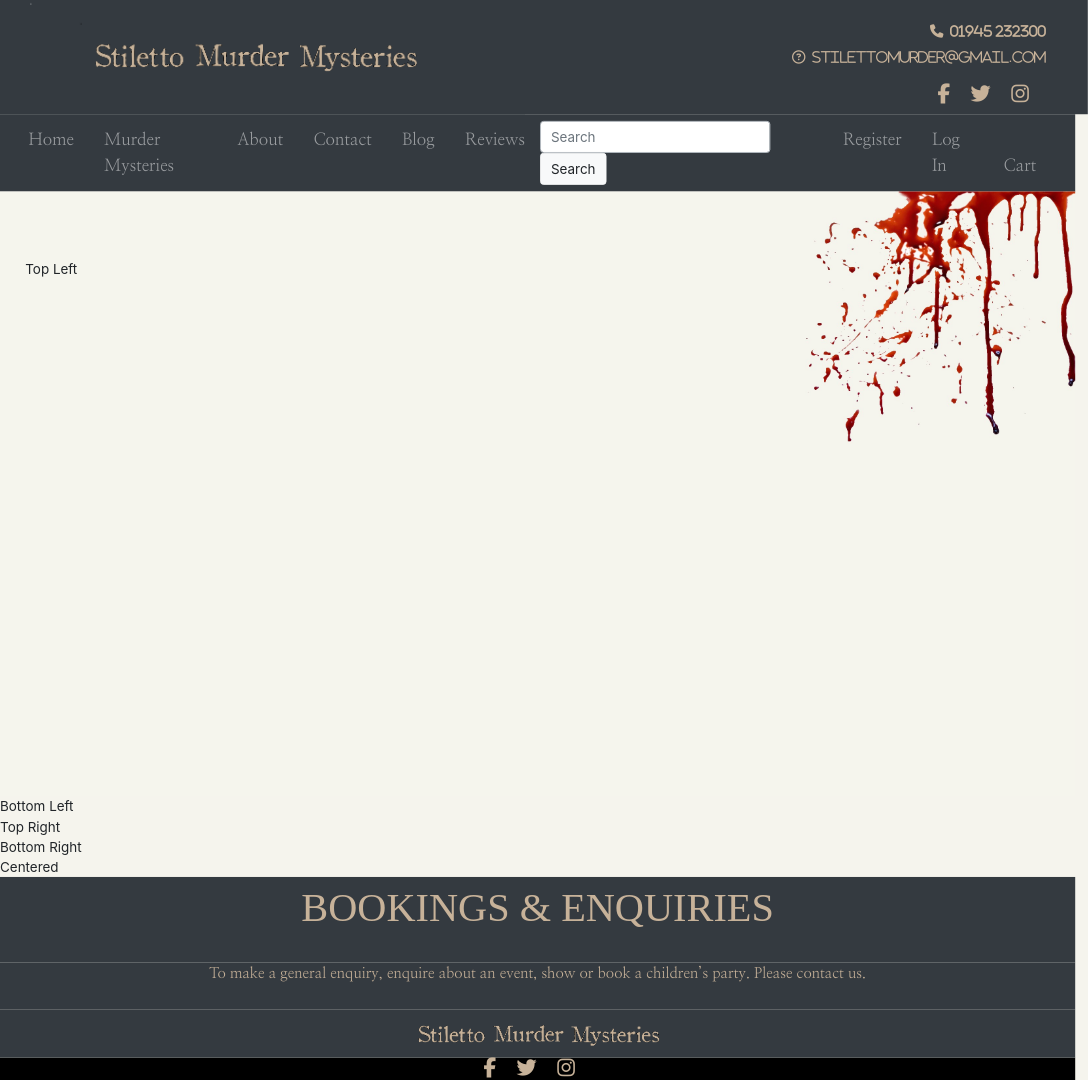
Repository: TaylorD1982/murder-milestone
Page: templates/base.html
The author's editor kept a record of every edit. The page is drawn from the files as they stood at one moment, then again after the next edit.
The browser window is 1280 px wide. The page is 1295 px wide, so the pictures cover 1295 px, including what lies to the right of the window. The pictures show the whole page, at 84% of full size.
Some icons come from a web library that is not loaded, so they are not drawn. Some web fonts or font styles are not loaded; a fallback is used. Some web libraries are served in a nearby version. The template is drawn by Django 2.2. The application's start-up code is not run. Other server files are loaded and not shown. The template is opened directly, without the code that normally fills it, so the values that code supplies are empty.

Above is the page before.
Console error: ReferenceError: emailjs is not defined

### templates/base.html
{% load staticfiles %}
<!DOCTYPE html>
<html lang="en">

<head>
    <meta charset="UTF-8">
    <meta name="viewport" content="width=device-width, initial-scale=1.0">
    <meta http-equiv="X-UA-Compatible" content="ie=edge">
    <title>Murder Mystery</title>
    <link rel="stylesheet" href="{% static 'font-awesome/css/font-awesome.min.css' %}">
    <link rel="stylesheet" href="{% static 'css/custom.css' %}">
    <script src="https://cdnjs.cloudflare.com/ajax/libs/jquery/3.2.1/jquery.min.js"></script>
    <script src="https://cdnjs.cloudflare.com/ajax/libs/twitter-bootstrap/3.3.7/js/bootstrap.min.js"></script>
    <link rel="stylesheet" href="https://maxcdn.bootstrapcdn.com/bootstrap/4.0.0/css/bootstrap.min.css" integrity="sha384-Gn5384xqQ1aoWXA+058RXPxPg6fy4IWvTNh0E263XmFcJlSAwiGgFAW/dAiS6JXm" crossorigin="anonymous">
    <script src="https://code.jquery.com/jquery-3.2.1.slim.min.js" integrity="sha384-KJ3o2DKtIkvYIK3UENzmM7KCkRr/rE9/Qpg6aAZGJwFDMVNA/GpGFF93hXpG5KkN" crossorigin="anonymous"></script>
    <script src="https://cdnjs.cloudflare.com/ajax/libs/popper.js/1.12.9/umd/popper.min.js" integrity="sha384-ApNbgh9B+Y1QKtv3Rn7W3mgPxhU9K/ScQsAP7hUibX39j7fakFPskvXusvfa0b4Q" crossorigin="anonymous"></script>
    <script src="https://maxcdn.bootstrapcdn.com/bootstrap/4.0.0/js/bootstrap.min.js" integrity="sha384-JZR6Spejh4U02d8jOt6vLEHfe/JQGiRRSQQxSfFWpi1MquVdAyjUar5+76PVCmYl" crossorigin="anonymous"></script>

    <script type="text/javascript" src="https://cdn.jsdelivr.net/npm/emailjs-com@2.3.2/dist/email.min.js"></script>
    <script type="text/javascript">
        (function(){
            emailjs.init("user_UbfQMZPiQGURDwMtv5SCI");
        })();
    </script>


    <link href="https://fonts.googleapis.com/css2?family=Italianno&display=swap" rel="stylesheet">
    <script src="https://kit.fontawesome.com/5336900852.js" crossorigin="anonymous"></script>
    <link href="https://fonts.googleapis.com/css?family=Nanum+Myeongjo&display=swap" rel="stylesheet"> {% block head_js %} {% endblock head_js %}
</head>

<body class="body">
    <div class="row banner">
        <div class="col-6">
            <div>
                <img width="100%" src="{% static 'images/banner-desktop-new.png' %}" alt="Stiletto Murder Mysteries">
            </div>
        </div>
        <div class="col-6 box">
            <div class="content-1">
                <div>
                    <i class="fas fa-phone contact-navbar">&nbsp;&nbsp;01945 232300</i>
                </div>
                <div>
                    <i class="far fa-question-circle contact-navbar">&nbsp;&nbsp;stilettomurder@gmail.com</i>
                </div>
            </div>
            <div class="content">
                <a href="https://facebook.com" target="_blank" class="fa fa-facebook"></a>
                <a href="https://twitter.com" target="_blank" class="fa fa-twitter fa-large"></a>
                <a href="https://instagram.com" target="_blank" class="fa fa-instagram fa-large"></a>
            </div>
        </div>
    </div>

    <!-- Fixed masthead -->

    <nav class="navbar navbar-expand-lg navbar-dark bg-dark">
        <button class="navbar-toggler mx-auto" type="button" data-toggle="collapse" data-target="#navbarNavAltMarkup" aria-controls="navbarNavAltMarkup" aria-expanded="false" aria-label="Toggle navigation">
    <span class="navbar-toggler-icon"></span>
  </button>
        <div class="collapse navbar-collapse" id="navbarNavAltMarkup">
            <ul class="navbar-nav mr-auto">
                <li class="nav-item">
                    <a class="nav-link" href="/">Home</a>
                </li>
                <li class="nav-item">
                    <a class="nav-link" href="{% url 'products' %}">Murder Mysteries</a>
                </li>
                <li class="nav-item">
                    <a class="nav-link" href="{% url 'about' %}">About</a>
                </li>
                <li class="nav-item">
                    <a class="nav-link" href="{% url 'contact' %}">Contact</a>
                </li>
                <li class="nav-item">
                    <a class="nav-link" href="{% url 'get_posts' %}">Blog</a>
                </li>
                <li class="nav-item">
                    <a class="nav-link" href="{% url 'get_reviews' %}">Reviews</a>
                </li>
            </ul>
            <form class="form-inline my-2 my-lg-0" action="{% url 'search' %}" method="get">
              <input class="form-control mr-sm-2" placeholder="Search" aria-label="Search" type="text" name="q">
              <button class="btn btn-light my-2 my-sm-0" type="submit">Search</button>
            </form>
            <ul class="navbar-nav ml-auto">
                {% if user.is_authenticated %}
                <li class="nav-item">
                    <a class="nav-link" href="{% url 'profile' %}">Profile</a>
                </li>
                <li class="nav-item">
                    <a class="nav-link" href="{% url 'logout' %}">Log Out</a>
                </li>
                {% else %}
                <li class="nav-item">
                    <a class="nav-link" href="{% url 'registration' %}">Register</a>
                </li>
                <li class="nav-item">
                    <a class="nav-link" href="{% url 'login' %}">Log In</a>
                </li>
                {% endif %}
                <li class="nav-item">
                    <a class="nav-link" href="{% url 'view_cart' %}">
                        <i class="fa fa-shipping-cart"></i>Cart
                            {% if product_count > 0 %}
                            <label class="badge badge-warning">{{ product_count }}</label>
                            {% endif %}
                    </a>
                </li>
            </ul>
        </div>
    </nav>

    <div = class="home">
        {% block content %}

        <img width="100%" src="{% static 'images/haunted-house-desktop.jpeg' %}" alt="Football League">

          <div class="bottom-left">Bottom Left</div>
          <div class="top-left">Top Left</div>
  <div class="top-right">Top Right</div>
  <div class="bottom-right">Bottom Right</div>
  <div class="centered">Centered</div>

        {% endblock %}
        {% if messages %}
                <div class="messages">
                    {% for message in messages %} {{ message }} {% endfor %}
                </div>
        {% endif %}


    </div>
    <footer>
        <div>
            <div class="footer-booking-header">BOOKINGS & ENQUIRIES</div>
            <div class="footer-booking-content">To make a general enquiry, enquire about an event, show or book a children’s party. Please contact us.</div>
        </div>
        <div>
            <img width="100%" src="{% static 'images/footer-desktop.png' %}" alt="Stiletto Murder Mysteries">
        </div>
        <div class="social-media">
            <container>
            <a href="https://facebook.com" target="_blank" class="fa fa-facebook"></a>
            <a href="https://twitter.com" target="_blank" class="fa fa-twitter fa-large"></a>
            <a href="https://instagram.com" target="_blank" class="fa fa-instagram fa-large"></a>
            </container>
        </div>
    </footer>
</body>

</html>

### static/css/custom.css
.body {
    background-color: #f5f4ed;
}

.accountform {
    padding-top: 20px;
}

.badge {
    padding-left: 9px;
    padding-right: 9px;
    -webkit-border-radius: 9px;
    -moz-border-radius: 9px;
    border-radius: 9px;
}

.label-warning[href],
.badge-warning[href] {
    background-color: #c67605;
}

caption p {
    word-wrap: break-word;
}

.row.row-flex {
    display: flex;
    flex-wrap: wrap;
    margin-top: 30px;
}

.panel-default {
    border-color: transparent;
    padding: 0 10px;
}

.panel-body {
    height: 100%;
    border: 1px solid #ddd;
}

.product-description {
    min-height: 40px;
}

/*-------------------------Navigation Bar--------*/

.navbar-nav {
  font-family: 'Nanum Myeongjo', serif;
  font-size: 1.25em;
 }

.nav-item {
  padding-left: 10px;
  padding-right: 10px;
 }

.bet_time {
    position:absolute;
    bottom:0;
    right:0;
    padding-right: 50px;
    padding-bottom: 50px;
}

.social-media {
    text-align: center;
    background-color: black;
    font-size: 1em;
}

.fa {
    color: #C7B299;
    font-size: 1.5em;
    padding-right: 20px;
    transition: transform .2s;
    margin: 0 auto;
}

.product-name {
    font-family: 'Italianno', cursive;
    font-size: 4em;
}

.product-description {
    font-family: 'Nanum Myeongjo', serif;
    font-size: 1.25em;
}

.box {
    position: relative;
}

.content {
    position: absolute;
    bottom: 10px;
    right: 50px;
}

.content-1 {
    position: absolute;
    bottom: 50px;
    right: 50px;
}

.banner {
    background-color: #343A40;
}

.form-group {
    padding-right: 7px;
}

/*-------------------------contact page-------*/

.container {
    width: 100%;
    padding-right: 15px;
    padding-left: 15px;
    padding-top: 40px;
    padding-bottom: 50px;
    margin-right: auto;
    margin-left: auto;
}

.contact-navbar {
  font-family: 'Nanum Myeongjo', serif;
  font-size: 1em;
  float: right;
  color: #C7B299;
  padding-top: 5px;
  padding-bottom: 10px;
}

.contact-title {
    font-family: 'Italianno', cursive;
    font-size: 4em;
    padding-bottom: 30px;
}

.contact-heading {
  font-family: 'Nanum Myeongjo', serif;
  font-size: 1.5em;
  color: #8B4513
}

.contact-content {
  font-family: 'Nanum Myeongjo', serif;
  font-size: 1.3em;
  padding-bottom: 30px;
}

.fa:hover {
  -ms-transform: scale(1.1); /* IE 9 */
  -webkit-transform: scale(1.1); /* Safari 3-8 */
  transform: scale(1.1);
  color:black;
  text-decoration: none;
}

.bg-dark {
    background-color: #413D3C!important;
}

/*-------------------------cart page-------*/

.empty {
    padding-top: 50px;
}

/*-------------------------Log In page-------*/

.container1 {
    padding-right: 155px;
    padding-left: 155px;
    padding-top: 40px;
    padding-bottom: 50px;

}

.home {
    position: relative;
}

.messages {
    position:absolute;
    top:10px;
    left: 10px;
    z-index: 1;
    background-color: #39e600;
    font-family: 'Italianno', cursive;
    font-size: 2em;
    padding-bottom: 30px;

}


.input-group {
    margin-right: 10px;
}

.footer-booking-header {
    font-family: 'Italianno', cursive;
    font-size: 3em;
    color: #C7B299;
    padding-bottom: 30px;
    background-color: #343A40;
    text-align: center;
}

.footer-booking-content {
    font-family: 'Nanum Myeongjo', serif;
    font-size: 1.1em;
    color: #C7B299;
    padding-bottom: 30px;
    background-color: #343A40;
    text-align: center;
}

/*---------------Reviews page-------*/

.post-review {
    position:absolute;
    top:20px;
    right: 50px;
}

.review-title {
    font-family: 'Italianno', cursive;
    color: #8B4513;
    font-size: 3em;
}

.review-content {
  font-family: 'Nanum Myeongjo', serif;
  font-size: 1.3em;
  padding-bottom: 1px;
  padding-top: 10px;
}

.review-by {
  font-family: 'Nanum Myeongjo', serif;
  font-size: 1em;
  padding-bottom: 1px;
  padding-top: 10px;
}

/*---------------Blog page-------*/

.blog-title {
    font-family: 'Italianno', cursive;
    color: #8B4513;
    font-size: 3em;
}

.blog-content {
  font-family: 'Nanum Myeongjo', serif;
  font-size: 1.3em;
  padding-bottom: 1px;
  padding-top: 10px;
}

.blog-info {
  font-family: 'Nanum Myeongjo', serif;
  font-size: 1em;
  padding-bottom: 1px;
  padding-top: 10px;
}

.top-left {
  position: absolute;
  top: 80px;
  left: 30px;
  max-width: 1000px;
}

.home-text {
  font-family: 'Nanum Myeongjo', cursive;
  color: #8B4513;
  font-size: 2em;
  padding-bottom: 35px;
}

Loaded but not shown: static/font-awesome/css/font-awesome.min.css (library)

After the next edit:
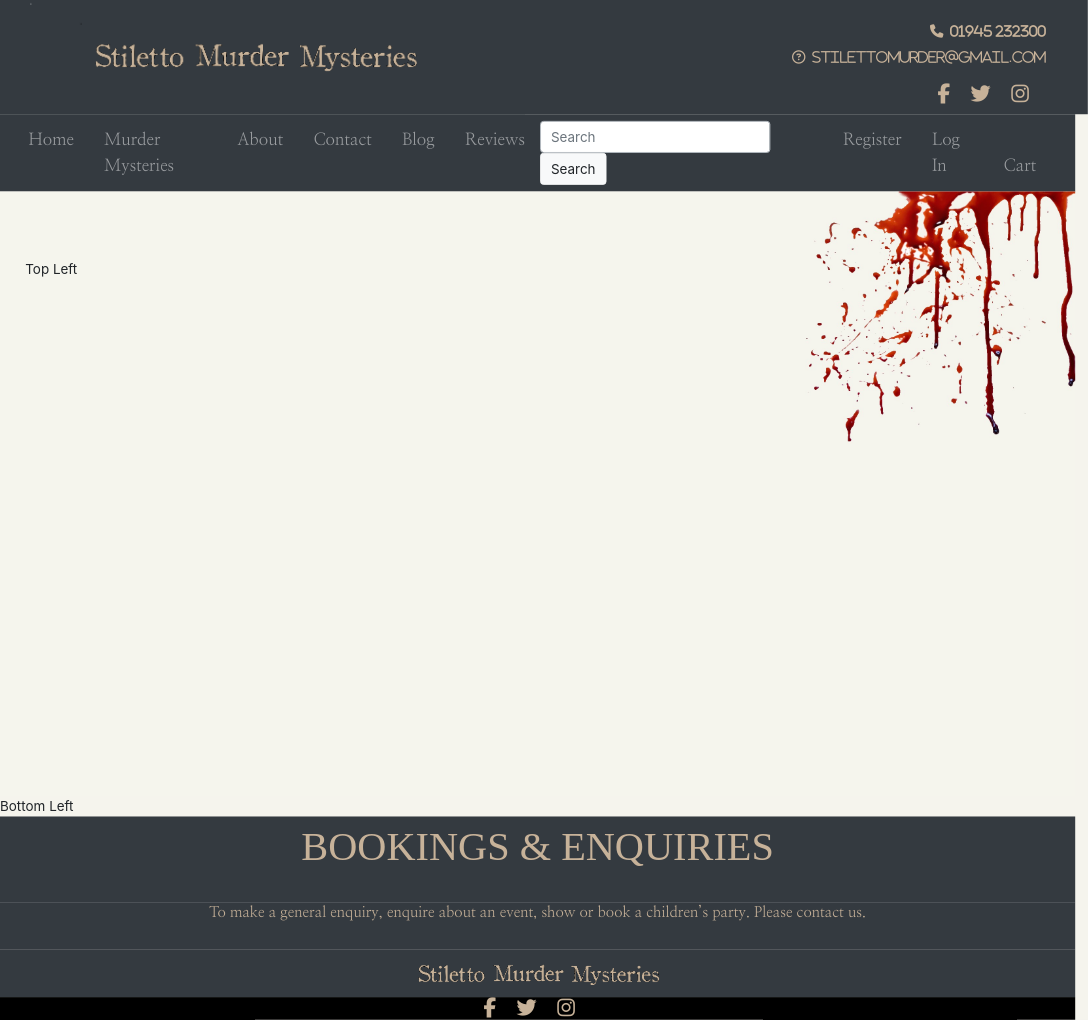
The edit:
--- a/templates/base.html
+++ b/templates/base.html
@@ -119,9 +119,7 @@
 
           <div class="bottom-left">Bottom Left</div>
           <div class="top-left">Top Left</div>
-  <div class="top-right">Top Right</div>
-  <div class="bottom-right">Bottom Right</div>
-  <div class="centered">Centered</div>
+
 
         {% endblock %}
         {% if messages %}
